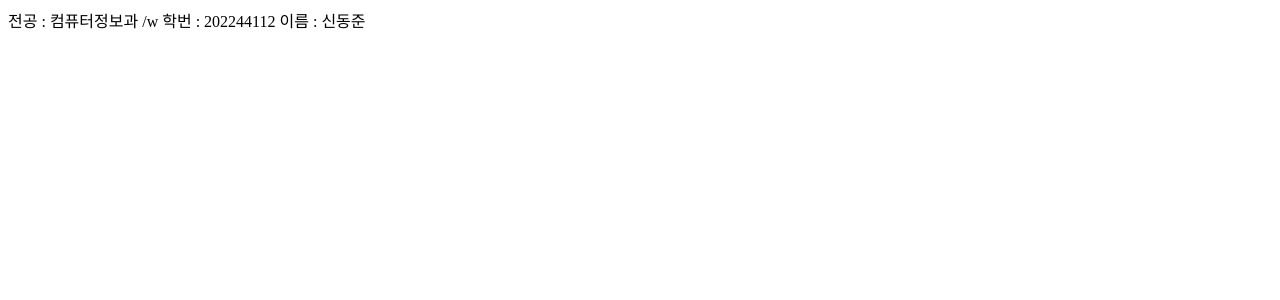
Repository: Ddongdun/Inhatc
Page: week1/src/main/webapp/202244112.html
These files come from the project's save history. The page is drawn as it stood at one moment and after the next save; the edit follows.
The browser window is 1280 px wide. The pictures show the whole page.

Above is the page before, as saved 2023-08-31 03:08:34.

After the next save:
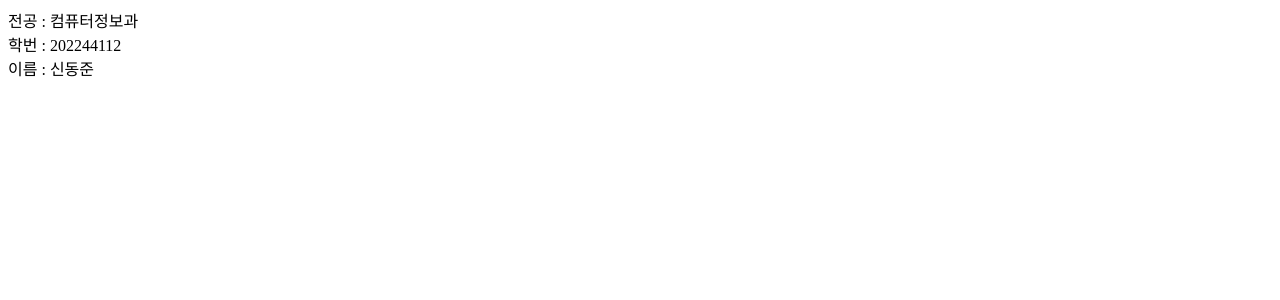
Saved 4 days later.
--- a/week1/src/main/webapp/202244112.html
+++ b/week1/src/main/webapp/202244112.html
@@ -5,8 +5,8 @@
 <title>Insert title here</title>
 </head>
 <body>
-	<a>전공 : 컴퓨터정보과</a> /w
-	<a>학번 : 202244112</a>
+	<a>전공 : 컴퓨터정보과<br></a>
+	<a>학번 : 202244112<br></a>
 	<a>이름 : 신동준</a>
 </body>
 </html>
